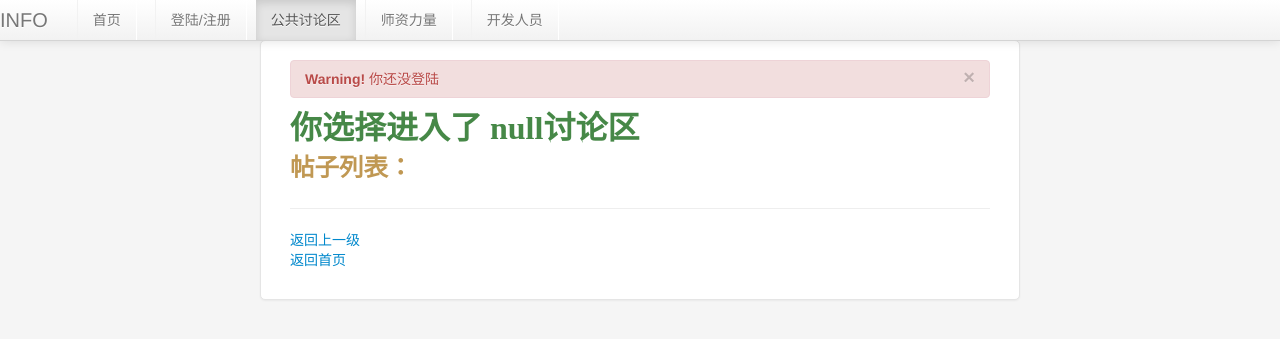
Repository: hbisheng/Academic-portal-website
Page: http://localhost/NewInfo/discussion/posts.jsp
These files come from the project's save history. The page is drawn as it stood at one moment and after the next save; the edit follows.
The browser window is 1280 px wide. The pictures show the whole page.
The page is served by Tomcat 9. Queries for data that is not in the repository find no rows.

Above is the page before, as saved 2014-09-21 21:18:50.
Not found: Java_info/NewInfo/NewInfo/discussion/assets/css/docs.css

After the next save:
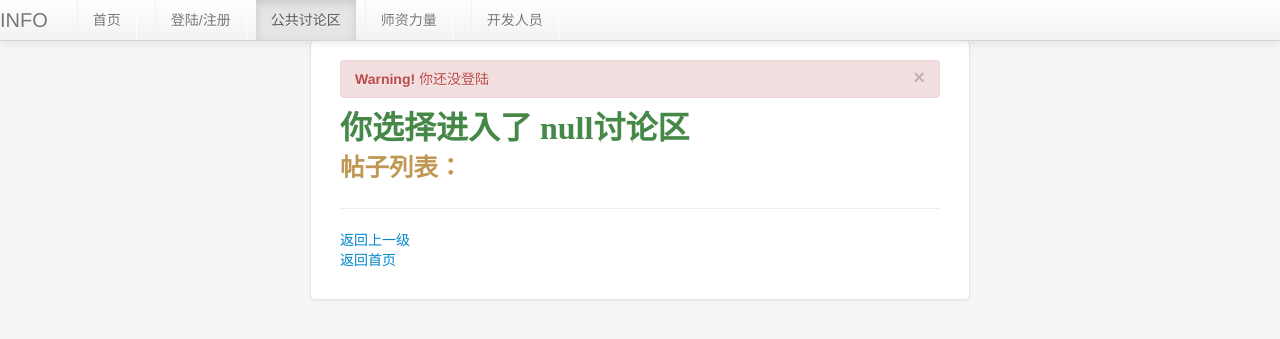
Saved 36 s later.
--- a/Java_info/NewInfo/WebContent/discussion/posts.jsp
+++ b/Java_info/NewInfo/WebContent/discussion/posts.jsp
@@ -18,7 +18,7 @@
       }
 
       .form-signin {
-        max-width: 700px;
+        max-width: 600px;
         padding: 19px 29px 29px;
         margin: 0 auto 20px;
         background-color: #fff;
